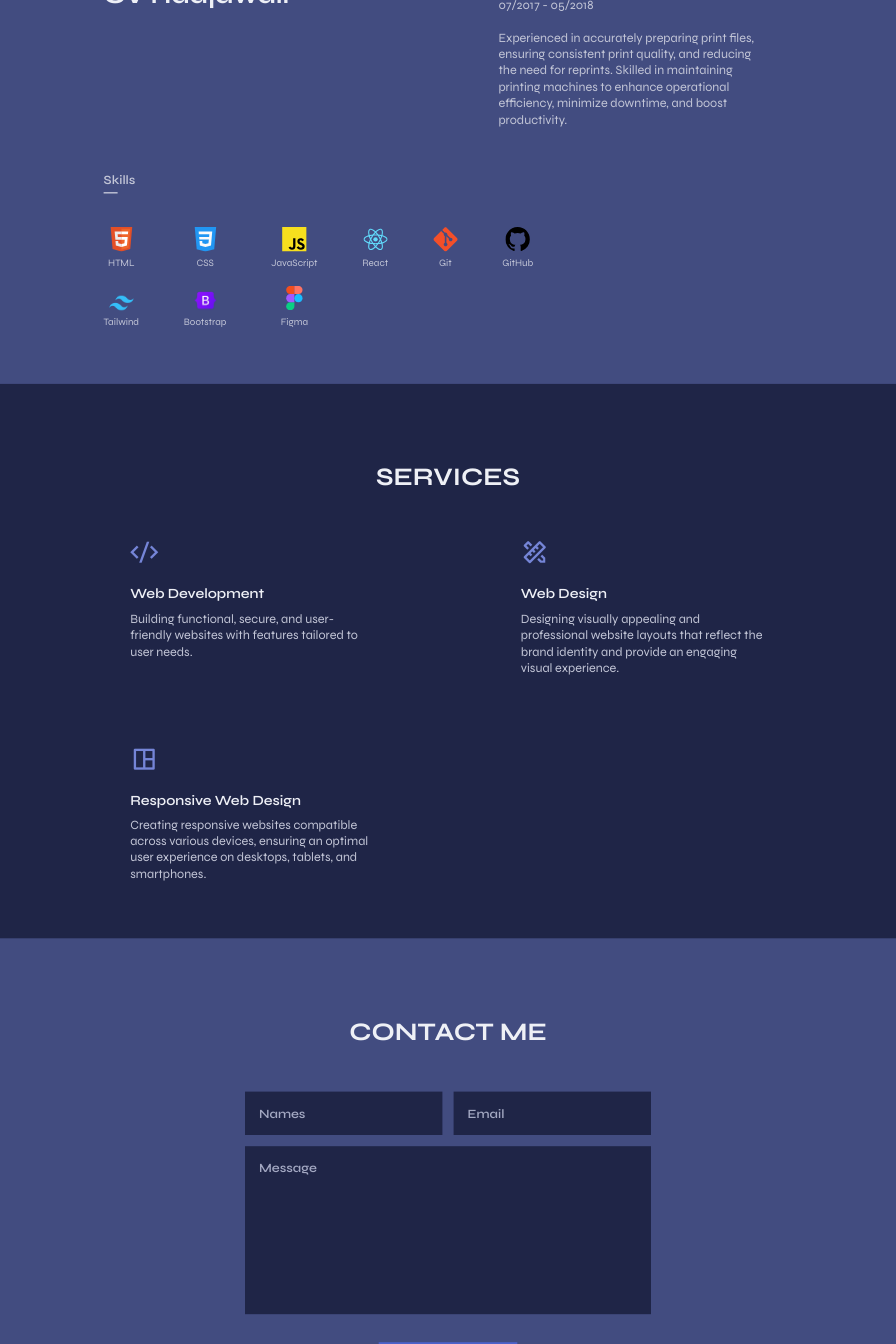
Repository: Ademaulana100499/amgrowth
Page: /
These files come from the project's save history. The page is drawn as it stood at one moment and after the next save; the edit follows.
The browser window is 1280 px wide. The pictures show the part of the page from y = 4069 to 5989 px (the page is 6336 px tall before and 7287 px after), at 70% of full size.
Some web fonts or font styles are not loaded; a fallback is used. The project was rebuilt for these pictures with package versions that can differ from the ones it lists, and the page was loaded fresh each time. Also part of the build but not shown: vite.config.js.

Above is the page before, as saved 2024-12-12 21:05:54.

After the next save:
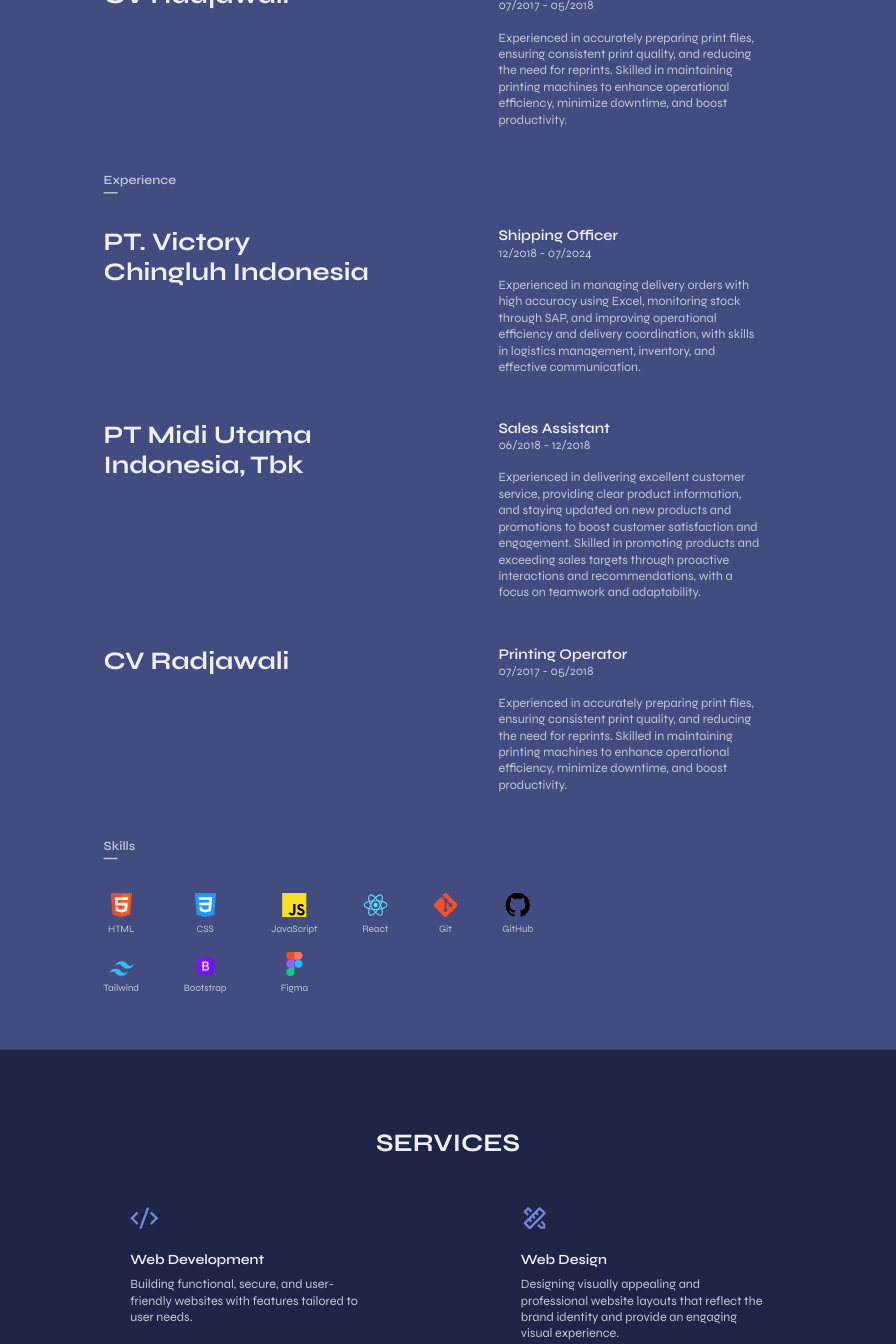
Saved 68 days later.
--- a/src/components/Info/index.jsx
+++ b/src/components/Info/index.jsx
@@ -12,8 +12,7 @@
             <a
               href={biodata.cv}
               target="_blank"
-              className="button about__button"
-            >
+              className="button about__button">
               Download CV
             </a>
           </div>
@@ -24,6 +23,21 @@
             alt="image"
             className="about__img"
           />
+        </div>
+        <div className="experience">
+          <h3 className="info__title">Experience</h3>
+          <div className="grid experience__content">
+            {experience.map((item, index) => (
+              <div key={index} className="grid experience__data">
+                <h2 className="experience__company">{item.company}</h2>
+                <div>
+                  <h3 className="experience__professsion">{item.profession}</h3>
+                  <span className="experience__date">{item.date}</span>
+                  <p className="experience__description">{item.description}</p>
+                </div>
+              </div>
+            ))}
+          </div>
         </div>
         <div className="experience">
           <h3 className="info__title">Experience</h3>
